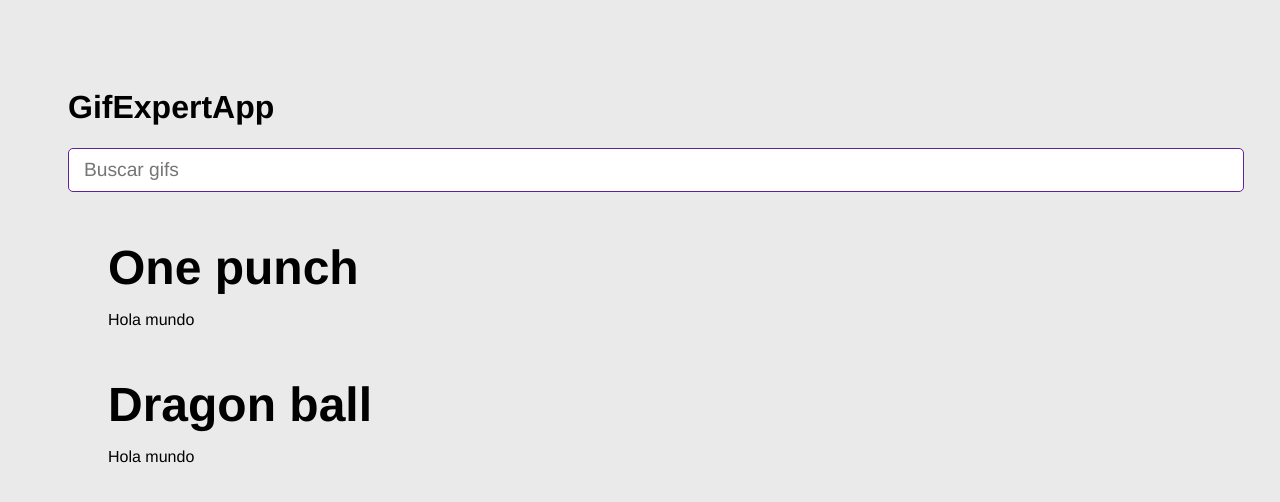
Repository: mmg0206/react-gif-expert
Page: /
The author's editor kept a copy of each file at every save. The page is drawn from the files as they stood at one save, then again after the next save.
The browser window is 1280 px wide. The pictures show the whole page.
The project was rebuilt for these pictures with package versions that can differ from the ones it lists, and the page was loaded fresh each time. Also part of the build but not shown: vite.config.js.

Above is the page before, as saved 2024-04-15 17:16:39.

After the next save:
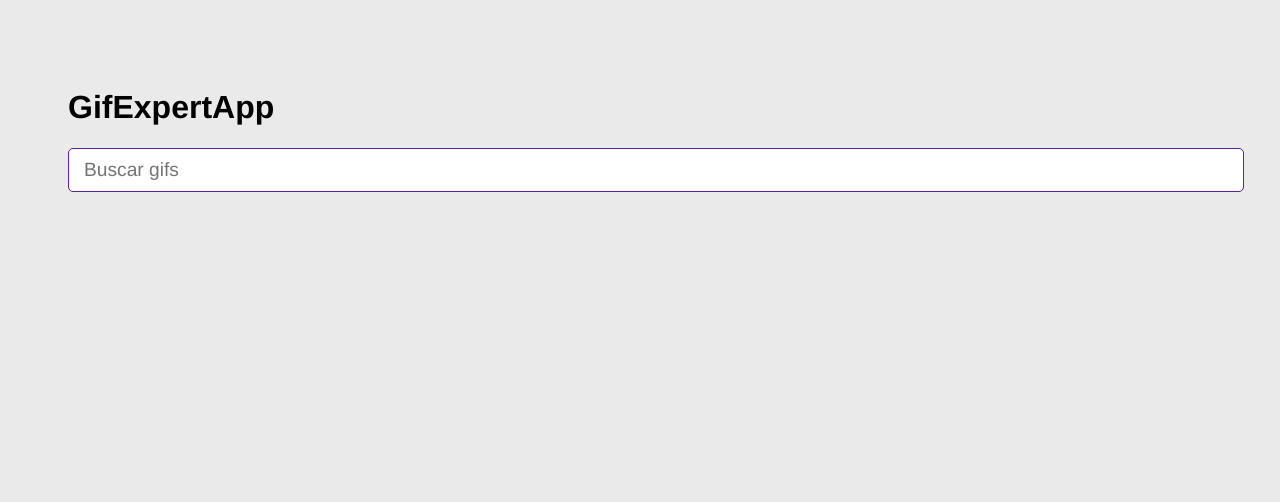
Saved 3 s later.
--- a/src/GifExpertApp.jsx
+++ b/src/GifExpertApp.jsx
@@ -27,7 +27,7 @@
       <ol>
         {
           categories.map(el =>{
-            return(<GifGrid category={el}/>)
+            <GifGrid category={el}/>
             // return <li key={el}>{el}</li>
           })
         }

After the 2 saves that followed:
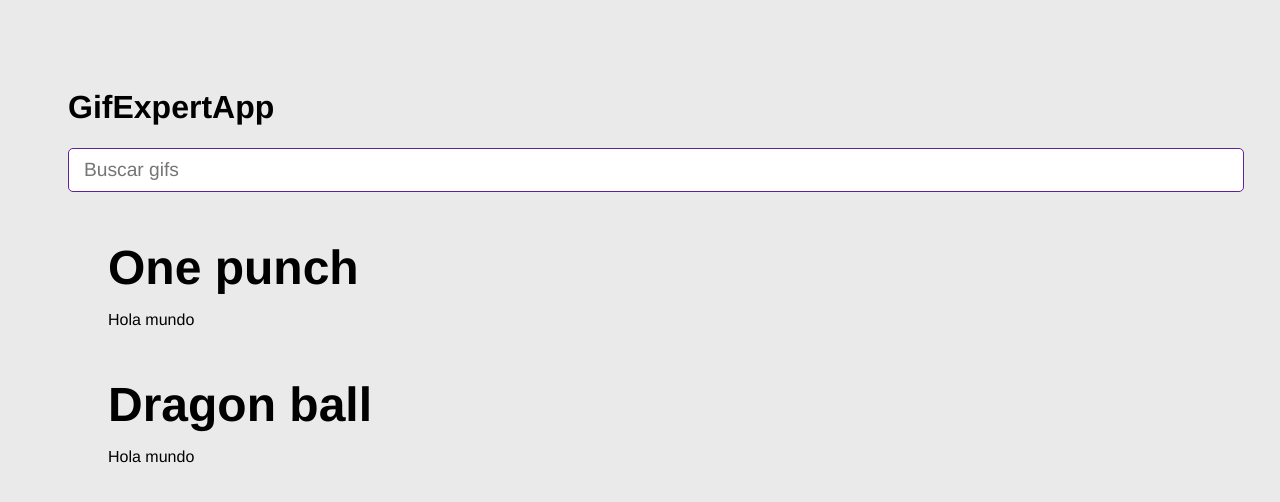
The 2 saves are shown as one change because 1 left the picture as it was.
The last was saved 3 min 21 s later.
--- a/src/GifExpertApp.jsx
+++ b/src/GifExpertApp.jsx
@@ -26,10 +26,10 @@
       {/* listado de gifs */}
       <ol>
         {
-          categories.map(el =>{
-            <GifGrid category={el}/>
+          categories.map( category =>(<GifGrid key={category} category={category}/>))
+
             // return <li key={el}>{el}</li>
-          })
+
         }
       </ol>
         {/* Gif item */}
